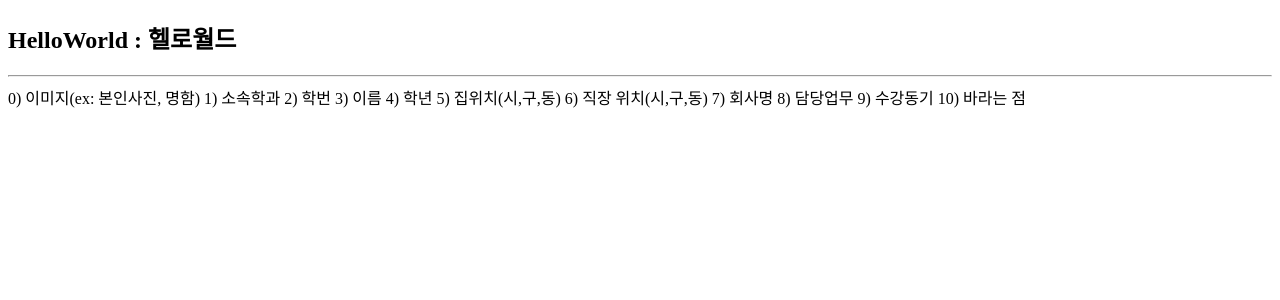
Repository: jiyoung510/JAVA-learning-examples
Page: http://localhost/jspbook/ch01/HelloWorld.jsp
These files come from the project's save history. The page is drawn as it stood at one moment and after the next save; the edit follows.
The browser window is 1280 px wide. The pictures show the whole page.
The page is served by Tomcat 9.

Above is the page before, as saved 2022-09-25 01:15:46.

After the next save:
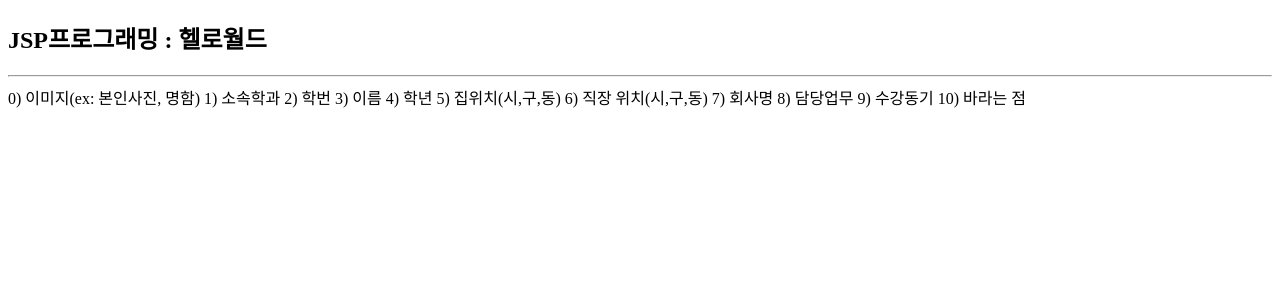
Saved 19 min 38 s later.
--- a/jspbook/WebContent/ch01/HelloWorld.jsp
+++ b/jspbook/WebContent/ch01/HelloWorld.jsp
@@ -8,7 +8,7 @@
 <title>HelloWorldJSP</title>
 </head>
 <body>
-	<h2>HelloWorld : 헬로월드</h2>
+	<h2>JSP프로그래밍 : 헬로월드</h2>
 	<hr>
 	0) 이미지(ex: 본인사진, 명함)
 	1) 소속학과
